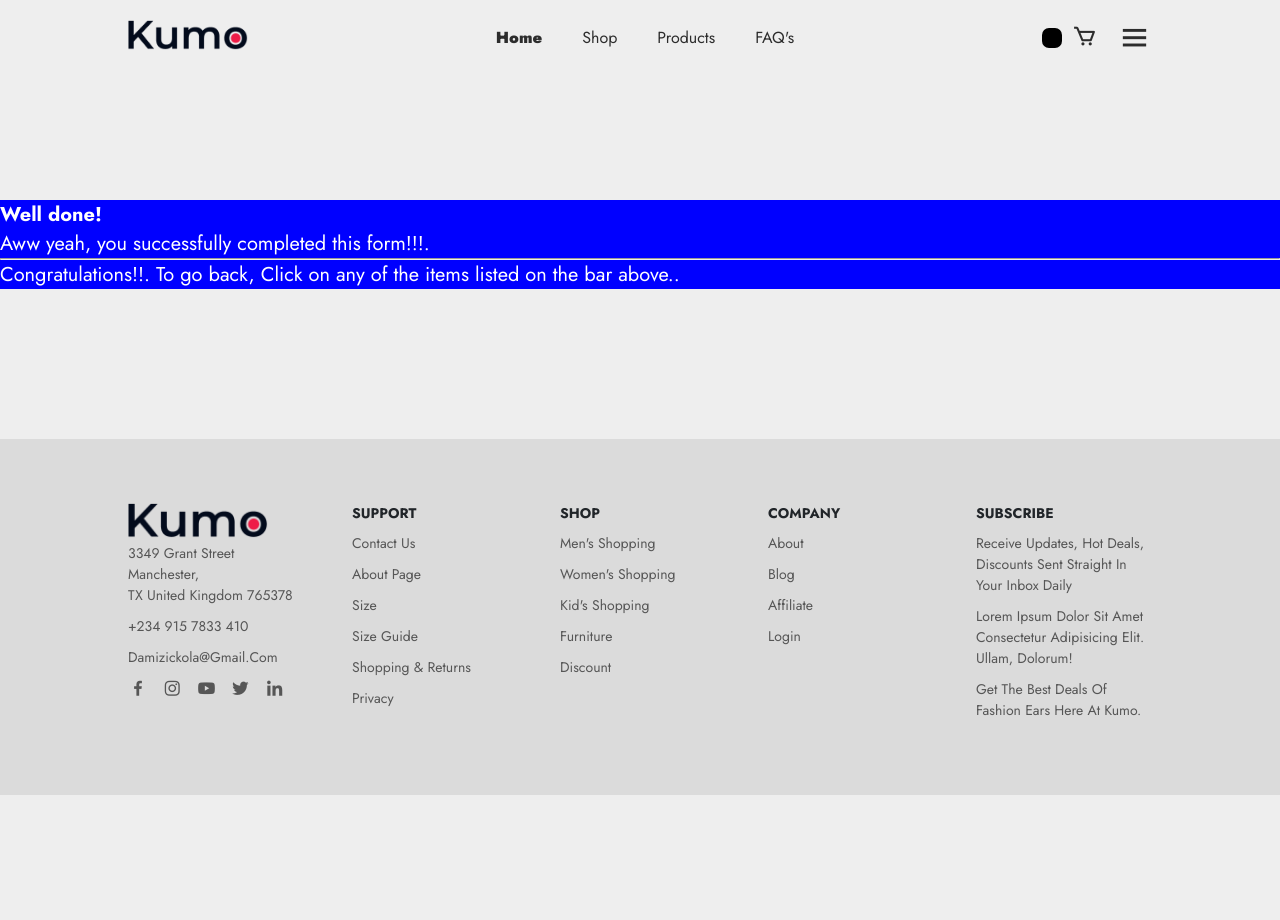
Repository: isaacCodes1/Kumo-Website.
Page: alert.html
An editor plug-in stored every save of this project. The page is shown before and after the next save, followed by the edit.
The browser window is 1280 px wide. The pictures show the whole page.

Above is the page before, as saved 2024-03-26 11:21:43.

### alert.html
<!DOCTYPE html>
<html lang="en">
  <head>
    <meta charset="UTF-8" />
    <meta name="viewport" content="width=device-width, initial-scale=1.0" />
    <link rel="stylesheet" href="style.css" />
    <link rel="preconnect" href="https://fonts.googleapis.com" />
    <link rel="preconnect" href="https://fonts.gstatic.com" crossorigin />
    <link
      href="https://fonts.googleapis.com/css2?family=Bricolage+Grotesque:opsz,wght@12..96,200..800&family=Jost:ital,wght@0,100..900;1,100..900&family=Montserrat:ital,wght@0,100..900;1,100..900&family=Poppins:ital,wght@0,100;0,200;0,300;0,400;0,500;0,600;0,700;0,800;0,900;1,100;1,200;1,300;1,400;1,500;1,600;1,700;1,800;1,900&display=swap"
      rel="stylesheet"
    />
    <link
      rel="stylesheet"
      href="https://cdnjs.cloudflare.com/ajax/libs/font-awesome/6.5.1/css/all.min.css"
      integrity="sha512-DTOQO9RWCH3ppGqcWaEA1BIZOC6xxalwEsw9c2QQeAIftl+Vegovlnee1c9QX4TctnWMn13TZye+giMm8e2LwA=="
      crossorigin="anonymous"
      referrerpolicy="no-referrer"
    />
    <link
      rel="stylesheet"
      href="https://unpkg.com/boxicons@latest/css/boxicons.min.css"
    />
    <link rel="stylesheet" href="Mediaquery.css" />
    <title>Document</title>
  </head>
  <body>
    <header>
      <a href="index.html" class="logo"><img src="Assets/logo.png" alt="" /></a>
      <ul class="navmenu">
        <li><a style="font-weight: 900" href="index.html">Home</a></li>
        <li><a href="shop.html">Shop</a></li>
        <li><a href="products.html">Products</a></li>
        <li><a href="Questions.html">FAQ's</a></li>
      </ul>
      <div class="nav-icon">
        <a href="form.html" class="yes"></a>
        <a href="#"><i class="bx bx-cart"></i></a>
        <div class="bx bx-menu" id="menu-icon"></div>
      </div>
    </header>
    <div class="alert alert-success" role="alert">
      <h4 class="alert-heading">Well done!</h4>
      <p>Aww yeah, you successfully completed this form!!!.</p>
      <hr />
      <p class="mb-0">
        Congratulations!!. To go back, Click on any of the items listed on the
        bar above..
      </p>
    </div>
    <!-- contact-section -->

    <section class="contact">
      <div class="contact-info" id="contact-info">
        <div class="first-info">
          <img src="/Assets/logo.png" alt="" />
          <p>3349 Grant street Manchester, <br />TX United kingdom 765378</p>
          <p>+234 915 7833 410</p>
          <a href="https://mail.google.com/mail/u/0/#inbox"
            ><p>damizickola@gmail.com</p></a
          >

          <div class="social-icon">
            <a href="https://www.facebook.com/profile.php?id=61551880766580"
              ><i class="bx bxl-facebook"></i
            ></a>
            <a href="https://instagram.com"><i class="bx bxl-instagram"></i></a>
            <a href="https://www.youtube.com/watch?v=FaNTVjATYHQ"
              ><i class="bx bxl-youtube"></i
            ></a>
            <a href="#"><i class="bx bxl-twitter"></i></a>
            <a href="#"><i class="bx bxl-linkedin"></i></a>
          </div>
        </div>
        <div class="second-info">
          <h4>Support</h4>
          <p>Contact Us</p>
          <p>About Page</p>
          <p>Size</p>
          <p>Size Guide</p>
          <p>Shopping & Returns</p>
          <p>Privacy</p>
        </div>

        <div class="third-info">
          <h4>Shop</h4>
          <p>Men's Shopping</p>
          <p>Women's Shopping</p>
          <p>Kid's Shopping</p>
          <p>Furniture</p>
          <p>Discount</p>
        </div>
        <div class="fourth-info">
          <h4>Company</h4>
          <p>About</p>
          <p>Blog</p>
          <p>Affiliate</p>
          <p>Login</p>
        </div>

        <div class="five">
          <h4>Subscribe</h4>
          <p>
            Receive Updates, Hot Deals, Discounts Sent Straight In your Inbox
            Daily
          </p>
          <p>
            Lorem ipsum dolor sit amet consectetur adipisicing elit. Ullam,
            dolorum!
          </p>
          <p>Get The Best Deals Of Fashion ears Here At Kumo.</p>
        </div>
      </div>
    </section>
  </body>
  <script
    src="https://cdn.jsdelivr.net/npm/@popperjs/core@2.11.6/dist/umd/popper.min.js"
    integrity="sha384-oBqDVmMz9ATKxIep9tiCxS/Z9fNfEXiDAYTujMAeBAsjFuCZSmKbSSUnQlmh/jp3"
    crossorigin="anonymous"
  ></script>
  <script
    src="https://cdn.jsdelivr.net/npm/bootstrap@5.2.3/dist/js/bootstrap.min.js"
    integrity="sha384-cuYeSxntonz0PPNlHhBs68uyIAVpIIOZZ5JqeqvYYIcEL727kskC66kF92t6Xl2V"
    crossorigin="anonymous"
  ></script>
</html>

### style.css
* {
  margin: 0;
  padding: 0;
  box-sizing: border-box;
  scroll-behavior: smooth;
  font-family: "Jost", sans-serif;
  list-style-type: none;
  text-decoration: none;
}
header {
  position: fixed;
  width: 100%;
  top: 0;
  right: 0;
  z-index: 1000;
  display: flex;
  align-items: center;
  justify-content: space-between;
  padding: 20px 10%;
}
.logo img {
  max-width: 120px;
  height: auto;
}
.navmenu {
  display: flex;
}
.navmenu li :hover {
  background: #000;
}
.navmenu a {
  color: #2c2c2c;
  font-size: 16px;
  text-transform: capitalize;
  padding: 10px 20px;
  font-weight: 400;
  transition: all 0.42s ease;
}
.navmenu a:hover {
  color: #ee1c47;
}
.nav-icon {
  display: flex;
  align-items: center;
}
.nav-icon i {
  margin-right: 20px;
  color: #2c2c2c;
  font-size: 25px;
  font-weight: 400;
  transition: all 0.42s ease;
}
.nav-icon i:hover {
  transform: scale(1.05);
  color: #ee1c47;
}
#menu-icon {
  font-size: 35px;
  color: #2c2c2c;
  z-index: 10001;
  cursor: pointer;
}
section {
  padding: 5% 10%;
}
.main-home {
  width: 100%;
  height: 100vh;
  background-image: url(Assets/banner-3.png);
  background-position: center;
  background-size: cover;
  display: grid;
  grid-template-columns: repeat(1, 1fr);
  align-items: center;
}
.main-text h5 {
  color: #ee1c47;
  font-size: 16px;

  text-transform: capitalize;
  font-weight: 500;
}
.main-text h1 {
  color: #000;
  font-size: 65px;
  text-transform: capitalize;
  line-height: 1.1;
  font-weight: 600;
  margin: 6px 0 10px;
}
.main-text p {
  color: #333c56;
  font-size: 20px;
  font-style: italic;
  margin-bottom: 20px;
}
.main-btn {
  display: inline-block;
  color: #111;
  font-size: 16px;
  font-weight: 500;
  text-transform: capitalize;
  border: 2px solid#111;
  padding: 12px 25px;
  transition: all 0.42s ease;
}
.main-btn:hover {
  background: #000;
  color: #fff;
}
.main-btn i {
  vertical-align: middle;
}
.down-arrow {
  position: absolute;
  top: 85%;
  right: 11%;
}
.down i {
  font-size: 30px;
  color: #2c2c2c;
  border: 2px solid #2c2c2c;
  border-radius: 50px;
  padding: 12px 12px;
}
.down i:hover {
  background: #2c2c2c;
  color: #fff;
  transition: all 0.42s ease;
}
header.sticky {
  background: #fff;
  padding: 20px 10%;
  box-shadow: 0px 0px 10px rgb(0 0 0 /10%);
}
/* trending-section-css */
.center-text h2 {
  color: #111;
  font-size: 28px;
  text-transform: capitalize;
  text-align: center;
  margin-bottom: 30px;
}
.center-text span {
  color: #ee1c47;
}
.products {
  display: grid;
  grid-template-columns: repeat(auto-fit, minmax(260px, auto));
  gap: 2rem;
}
.row {
  position: relative;
  transition: all 0.4s;
}
.row img {
  width: 100%;
  height: auto;
  transition: all 0.4s;
}
.row img:hover {
  transform: scale(0.9);
}
.product-text h5 {
  position: absolute;
  top: 13px;
  left: 13px;
  color: #fff;
  font-size: 12px;
  font-weight: 500;
  text-transform: capitalize;
  background: #27b737;
  padding: 3px 10px;
  border-radius: 2px;
}
.heart-icon {
  position: absolute;
  right: 0;
  font-size: 20px;
}
.heart-icon:hover {
  color: #ee1c47;
}
.ratting {
  color: #ff8c00;
  font-size: 18px;
}

.price h4 {
  color: #111;
  font-size: 16px;
  text-transform: capitalize;
  font-weight: 400;
}
.price p {
  color: #151515;
  font-size: 14px;
  font-weight: 600;
}
.client-reviews {
  background: #f3f4f6;
}
.reviews {
  text-align: center;
}
.reviews h3 {
  color: #111;
  font-size: 25px;
  text-transform: capitalize;
  text-align: center;
  font-weight: 700;
}
.reviews img {
  width: 100px;
  height: auto;
  border-radius: 80px;
  margin: 10px 0;
}
.reviews p {
  color: #707070;
  font-size: 16px;
  font-weight: 400;
  line-height: 25px;
  margin-bottom: 10px;
}
.reviews h2 {
  font-size: 22px;
  color: #000;
  font-weight: 400;
  text-transform: capitalize;
  margin-bottom: 2px;
}
/* update-section-css */
.up-center-text h2 {
  text-align: center;
  color: #111;
  font-size: 25px;
  text-transform: capitalize;
  font-weight: 700;
  margin-bottom: 30px;
}
.cart img {
  width: 350px;
  height: auto;
  border-radius: 5px;
}
.update-cart {
  display: grid;
  grid-template-columns: repeat(auto-fit, minmax(380px, auto));
  gap: 1px;
}
.cart h5 {
  color: #636872;
  font-size: 14px;
  text-transform: capitalize;
  font-weight: 500;
}
.cart h4 {
  color: #111;
  font-size: 18px;
  font-weight: 600;
}
.cart p {
  color: #707070;
  font-size: 15px;
  max-width: 380px;
  line-height: 25px;
  margin-bottom: 12px;
}
.cart h6 {
  color: #151515;
  font-size: 14px;
  font-weight: 500;
}
/* contact-section */
.contact {
  background: #dbdbdb;
}
.contact-info {
  display: grid;
  grid-template-columns: repeat(auto-fit, minmax(160px, auto));
  gap: 3rem;
}
.first-info img {
  width: 140px;
  height: auto;
}
.contact-info h4 {
  color: #212529;
  font-size: 14px;
  text-transform: uppercase;
  margin-bottom: 10px;
}
.contact-info p {
  color: #565656;
  font-size: 14px;
  font-weight: 400;
  text-transform: capitalize;
  line-height: 1.5;
  margin-bottom: 10px;
  cursor: pointer;
  transition: all 0.42s;
}
.contact-info p:hover {
  color: #ee1c47;
}
.social-icon i {
  color: #565656;
  margin-right: 10px;
  font-size: 20px;
  transition: all 0.42s;
}
.social-icon i:hover {
  transform: scale(1.3);
}
.end-text {
  text-align: center;
  background: #edfff1;
  padding: 20px;
}
.end-text p {
  color: #111;
  text-transform: capitalize;
}

.location {
  width: 80%;
  margin: auto;
  padding: 80px 0;
}
.location iframe {
  width: 100%;
}
.center-text1 h2 {
  font-size: 30px;
}
.center-text1 span {
  color: #ee1c47;
}
.button3 {
  padding: 9px;
  border: 1px solid blue;
  font-size: 18px;
  border-radius: 5px;
  text-decoration: none;
  background: blue;
  color: #fff;
  transition: all 0.42s ease;
}
.button3:hover {
  color: #000;
  background: #fff;
}
.final {
  margin-left: 67px;
  font-weight: 700;
}
.final span {
  color: #ee1c47;
}
.up-arrow {
  border: 2px solid#000;
  width: 60px;
  border-radius: 50px;
  text-align: center;
  font-size: 30px;
}
.up-arrow i {
  color: #000;
}
.up-arrow :hover {
  background: #000;
  color: #fff;
}

.alert {
  background: blue;
  color: #fff;
  margin-top: 200px;
  font-size: 20px;
  margin-bottom: 150px;
}
.first-info a {
  text-decoration: none;
}
.up-center-text span {
  color: #ee1c47;
}
html,
body {
  position: relative;
  height: 100%;
}
body {
  background: #eee;
  font-family: Helvetica Neue, Helvetica, Arial, sans-serif;
  font-size: 14px;
  color: #000;
  margin: 0;
  padding: 0;
}

swiper-container {
  width: 100%;
  height: 100%;
}

swiper-slide {
  text-align: center;
  font-size: 18px;
  background: #000;
  display: flex;
  justify-content: center;
  align-items: center;
}

swiper-slide img {
  display: block;
  width: 100%;
  height: 100%;
  object-fit: cover;
}
.reviews {
  font-size: 25px;
  font-weight: 900;
}
.reviews span {
  color: #ee1c47;
}
.accordion {
  margin-top: 40px;
  margin-bottom: 10px;
}
.male {
  padding-top: 200px;
}
.male span {
  color: #ee1c47;
}
.yes {
  margin-right: 10px;
  padding: 10px;
  background: #000;
  color: #fff;
  border: 1px;
  transition: 1s ease-in-out;
  border-radius: 7px;
}
.yes:hover {
  color: #000;
  background: #dbdbdb;
}

### Mediaquery.css
@media (890px) {
  header {
    padding: 20px 3%;
    transition: 0.4s;
  }
  .center-text h2 {
    font-size: 12px;
  }
}
@media (max-width: 630px) {
  .main-text h1 {
    font-size: 50px;
    transition: 0.4s;
  }
  .main-text p {
    font-size: 18px;
    transition: 0.4s;
  }
  .main-btn {
    padding: 10px 20px;
    transition: 0.4s;
  }
  .center-text h2 {
    font-size: 12px;
  }
}
@media (max-width: 750px) {
  .navmenu {
    position: absolute;
    top: 100%;
    right: -100%;
    width: 300px;
    height: 130vh;
    background: #edfff1;
    display: flex;
    flex-direction: column;
    align-items: center;
    padding: 120px 30px;
    transition: all 0.42s;
  }
  .navmenu a {
    display: block;
    margin: 18px 0;
  }
  .navmenu.open {
    right: 0;
  }
  .center-text h2 {
    font-size: 12px;
  }
}
@media (max-width: 700px) {
  .center-text h2 {
    font-size: 0;
  }
  .header {
    margin-bottom: 20px;
    color: #000;
  }
  .cart {
    align-items: center;
    display: flex;
    flex-direction: column;
  }
  .cart img {
    width: 270px;
    margin-right: 80px;
  }
  .cart p {
    font-size: 10px;
    margin-right: 80px;
  }
  .cart h4 {
    font-size: 12px;
    margin-right: 80px;
  }
  .cart h6 {
    font-size: 10px;
    margin-right: 80px;
  }
  .contact-info {
    display: flex;
    flex-direction: column;
    align-items: center;
  }
  .center-text1 h2 {
    font-size: 25px;
  }
  .navmenu {
    padding-bottom: 30px;
  }
}

After the next save:
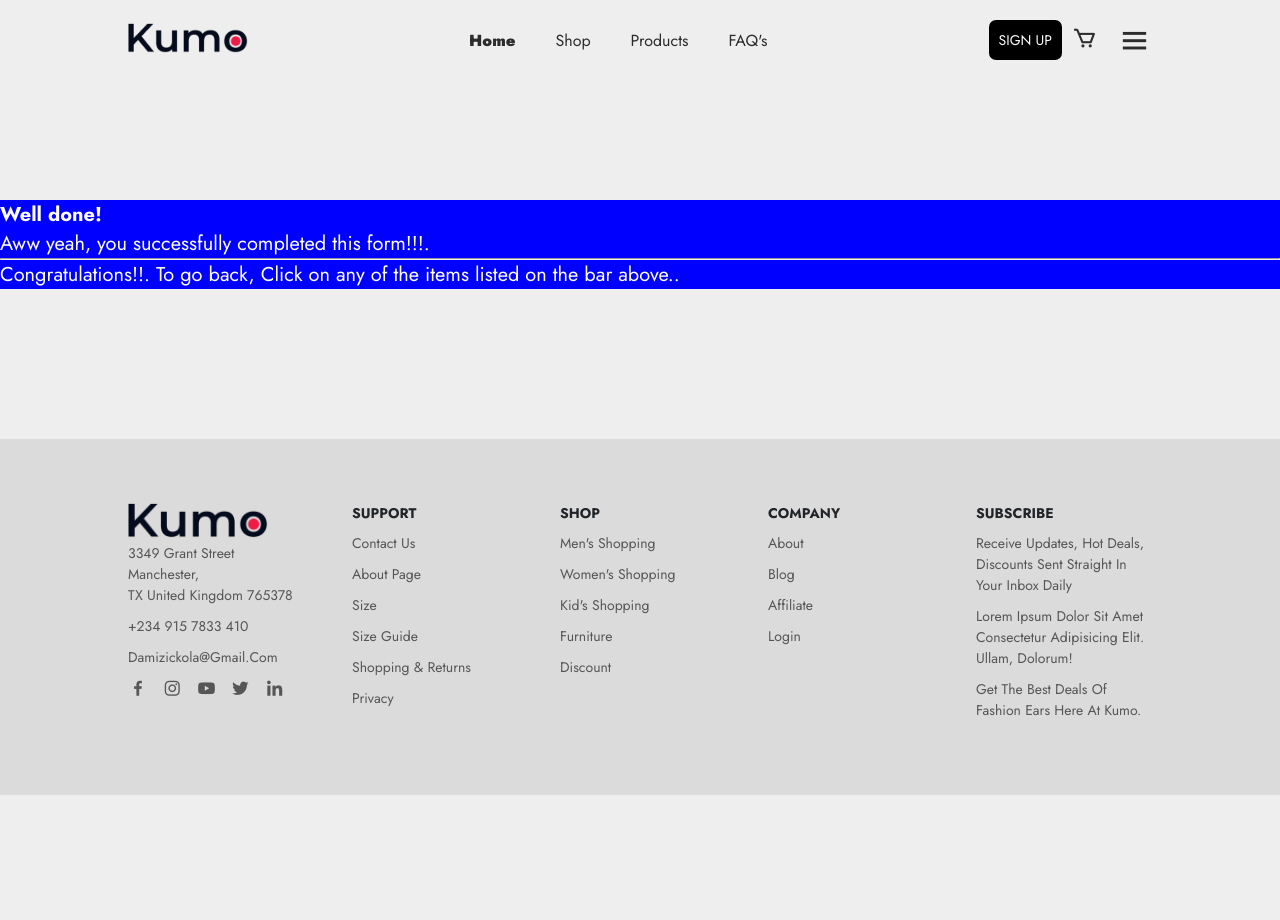
Saved 5 s later.
--- a/alert.html
+++ b/alert.html
@@ -34,7 +34,7 @@
         <li><a href="Questions.html">FAQ's</a></li>
       </ul>
       <div class="nav-icon">
-        <a href="form.html" class="yes"></a>
+        <a href="form.html" class="yes">SIGN UP</a>
         <a href="#"><i class="bx bx-cart"></i></a>
         <div class="bx bx-menu" id="menu-icon"></div>
       </div>
